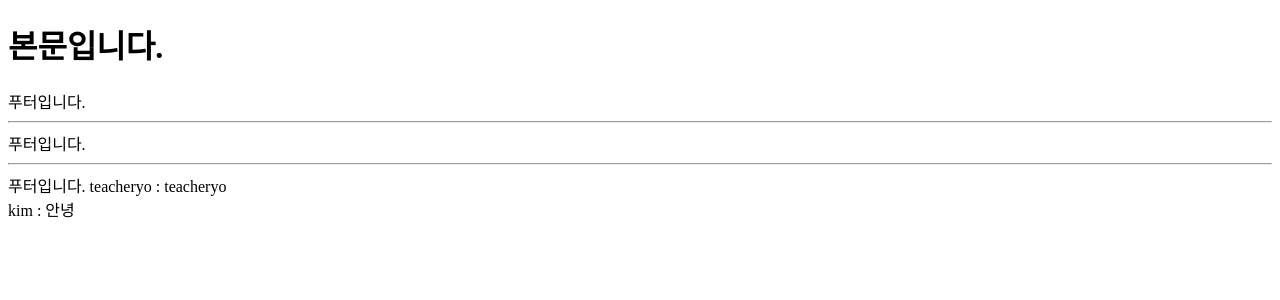
Repository: sanghshlsh/workspace_jsp
Page: http://localhost/Test060201/NewFile.jsp
The author's editor kept a copy of each file at every save. The page is drawn from the files as they stood at one save, then again after a run of saves.
The browser window is 1280 px wide. The pictures show the whole page.
The page is served by Tomcat 9.

Above is the page before, as saved 2020-06-02 01:30:13.

After the next 2 saves:
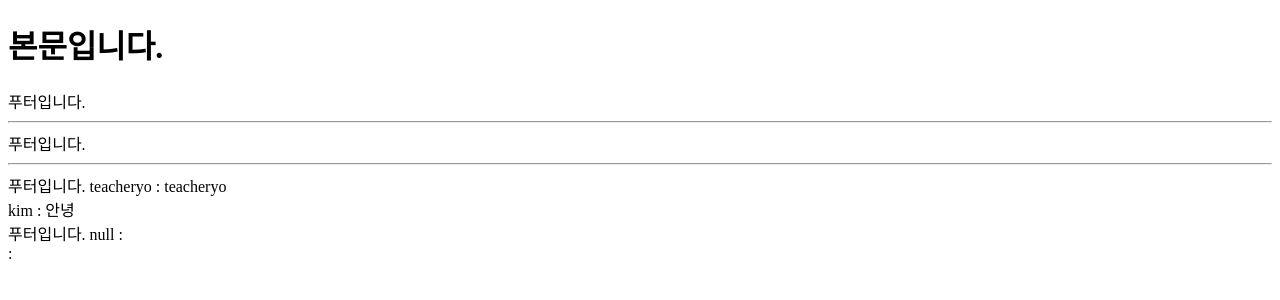
The 2 saves are shown as one change because 1 did not build or start.
The last was saved 8 min 10 s later.
--- a/Test060201/WebContent/NewFile.jsp
+++ b/Test060201/WebContent/NewFile.jsp
@@ -24,5 +24,7 @@
 		<jsp:param value="안녕" name="hello"/>
 	</jsp:include>
 	<%-- <jsp: > </jsp:> 넘겨주는데이터가있는형태 내부에에 <jsp:param>을 사용한다 --%>
+
+		<%@include file="part3.jsp" %>
 </body>
 </html>

After the 2 saves that followed:
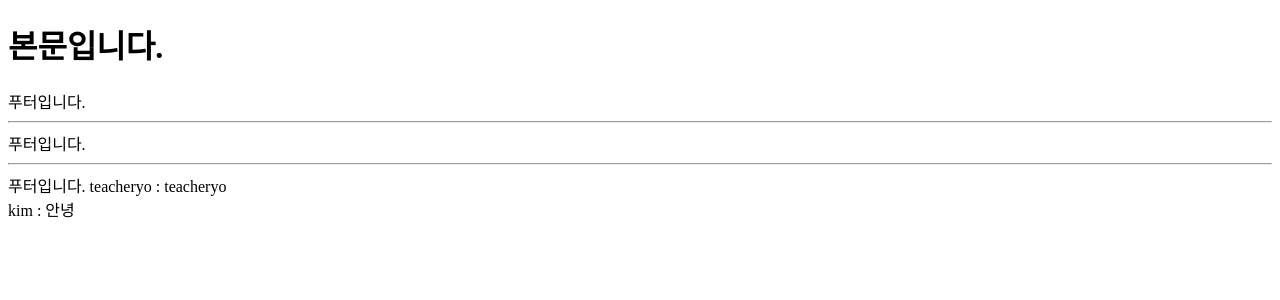
The 2 saves are shown as one change because 1 did not build or start.
The last was saved 112 s later.
--- a/Test060201/WebContent/NewFile.jsp
+++ b/Test060201/WebContent/NewFile.jsp
@@ -1,3 +1,4 @@
+<%@page import="org.apache.jasper.tagplugins.jstl.core.Param"%>
 <%@ page language="java" contentType="text/html; charset=UTF-8"
     pageEncoding="UTF-8"%>
 <%@ taglib uri="http://java.sun.com/jsp/jstl/core" prefix="c"%>
@@ -25,6 +26,5 @@
 	</jsp:include>
 	<%-- <jsp: > </jsp:> 넘겨주는데이터가있는형태 내부에에 <jsp:param>을 사용한다 --%>
 
-		<%@include file="part3.jsp" %>
 </body>
 </html>
